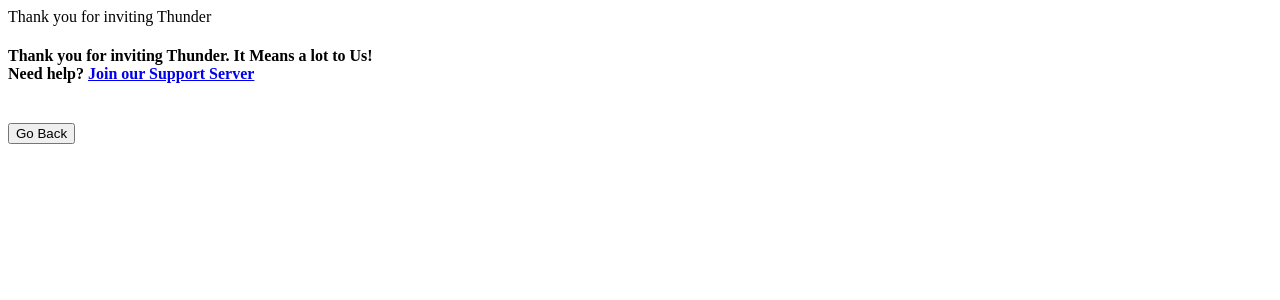
Repository: ranger2202/discord-bot-panel
Page: spyro-website-main/app/templates/oauth.html
An editor plug-in stored every save of this project. The page is shown before and after a run of saves, followed by the edit.
The browser window is 1280 px wide. The pictures show the whole page.

Above is the page before, as saved 2023-11-26 14:14:38.

### spyro-website-main/app/templates/oauth.html
<link rel="icon"
    type="image/png"
    href="<%=domain%>/logo.png">
    <body>

   <div class="container-contact">
            <div class="wrap-contact">

                    <span class="contact-form-title">Thank you for inviting <span class="text-primary font-weight-bold">Thunder</span> </span>
<h4>Thank you for inviting Thunder. It Means a lot to Us!<br>Need help? <a href="/support">Join our Support Server</a></h4>
<br>
<button onclick="window.location.href='/'">Go Back</button>
</div>
</div>

### spyro-website-main/app/static/landing.css
body {
    background-color: #111;
    margin: 0;
    width: 100%;
    height: 100%;
    color: white;
    font-family: Poppins, sans-serif;
}

.navbar {
    width: 100%;
    height: 4rem;
    display: flex;
    justify-content: space-between;
    background: #0095F0;
    align-items: center;

}

.nav-links{
    display: flex;
    justify-content: space-between;
    align-items: center;
    width: 15%;
    list-style: none;
    text-decoration: none;
    margin-right: 4rem;
    font-weight:500 ;

}
a {
    text-decoration: none;
    color: white;
    font-weight:500 ;
}

.navlogo {

    width: 4.5rem;

    flex-shrink: 0;
}

.logo {
    display: flex;
    align-items: center;
    font-weight: 700;
    font-size: 1.2rem;
}

.login-button{
    width: 7rem;
    font: poppins;
    height: 2.5rem;
    border: none;

    margin-right: 0.5rem;
    border-radius: 12px;
    font-weight: 700;
    color: #0095F0;
    font-size: 1.2rem;
}

.content {
    display: flex;
    flex-direction: column;
    justify-content: center;
    align-items: center;
}
.top{
    display: flex;
    margin-top: 4rem;
    justify-content: center;
    font-weight: 500;
    font-size: 3.5rem;
    margin-bottom: -3rem;
}

.content-logo{
    width: 30%;


}

.text-top{
    display: flex;
    flex-direction: column;
    text-align: center;
    width: 30%;
}

.bottom{
    display: flex;
    justify-content: center;
    margin-top: 2rem;
    font-weight: 500;
    font-size: 3.5rem;
}

.button{
    font-family: Poppins, sans-serif;
    font-size: 1.2rem;
    font-weight: 700;
    line-height: normal;
    justify-content: center;
    margin-top: 2rem;
    height: 4rem;
    width: 12rem;
    margin-bottom: 3.7rem;
    border-radius: 12px;
    border: 3.5px solid #005E98;
    background: #0095F0;
    margin-left: 1rem;
    margin-right: 1rem;

}

.dashboard{
    color: white;
    background: #2A2A2A;
}
.add{
    color: white;

}

footer{
    display: flex;
    justify-content: center;
    align-items: center;
    background: #2A2A2A;
    height: 4rem;
    width: 100%;
    flex-shrink: 0;
    color: white;
    font-size: 1.2rem;
    font-weight: 500;
    bottom: 0;
}

.dropbtn {
    border: none;
    cursor: pointer;
    appearance: none;
    background-color: inherit;
}

.dropdown {
  position: relative;
  display: inline-block;
}

.dropdown-content {
  display: none;
  position: absolute;
  background-color: #f1f1f1;
  right: 0;
  margin-top:12%;
  min-width: 160px;
  box-shadow: 0px 8px 16px 0px rgba(0,0,0,0.2);
  z-index: 1;
}

.dropdown-content a {
  color: black;
  padding: 12px 16px;
  text-decoration: none;
  display: block;
}

.dropdown-content a:hover {background-color: #ddd;}

.show {display:block;}

.avatar-img{
    width: 3rem;
    border-radius: 50%;
    margin-right: 1rem;
    margin-left: 1rem;
}
.features-box .features-t {
	font-size: 30px;
	text-align: center;
	margin-bottom: 25px;
}

.features-box .features-t::after {
	content: "";
	display: block;
	border-bottom: 3px solid var(--third);
	width: 10%;
	margin: 0 auto;
	border-radius: 50px;
	margin-top: 7px;
	min-width: 70px;
}

.features {
	display: flex;
	flex-direction: column;
	align-items: center;
	justify-content: center;
}


.features .feature {
	display: flex;
	width: 100%;
	justify-content: space-between;
	margin: 30px 0;
}

.features .feature:nth-child(2) {
	flex-direction: row-reverse;
}

.feature .feature-img {
	width: 100%;
	max-width: 400px;
	margin: 0 auto;
}

.feature .feature-info {
	max-width: 400px;
	border-radius: 5px;
	padding: 10px;
	margin: 10px auto;
}

.feature .feature-info .feature-info-d {
	color: var(--secondary-disabled)
}

.feature .feature-info .feature-info-t {
	font-size: 30px;
	font-weight: bold;
}

After the next 2 saves:
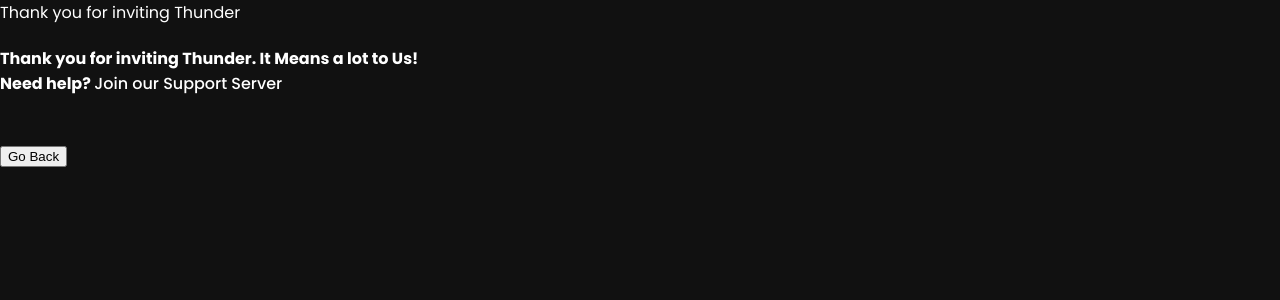
The 2 saves are shown as one change because they came seconds apart.
The last was saved 18 s later.
--- a/spyro-website-main/app/templates/oauth.html
+++ b/spyro-website-main/app/templates/oauth.html
@@ -1,7 +1,16 @@
-<link rel="icon"
-    type="image/png"
-    href="<%=domain%>/logo.png">
-    <body>
+<!DOCTYPE html>
+<html>
+<head>
+
+    <meta charset="UTF-8">
+    <title>Spyro</title>
+    <link rel="stylesheet" href="./../static/landing.css">
+    <link rel="preconnect" href="https://fonts.googleapis.com">
+    <link rel="preconnect" href="https://fonts.gstatic.com" crossorigin>
+
+    <link href="https://fonts.googleapis.com/css2?family=Poppins:wght@400;500;600;700&display=swap" rel="stylesheet">
+</head>
+
 
    <div class="container-contact">
             <div class="wrap-contact">
